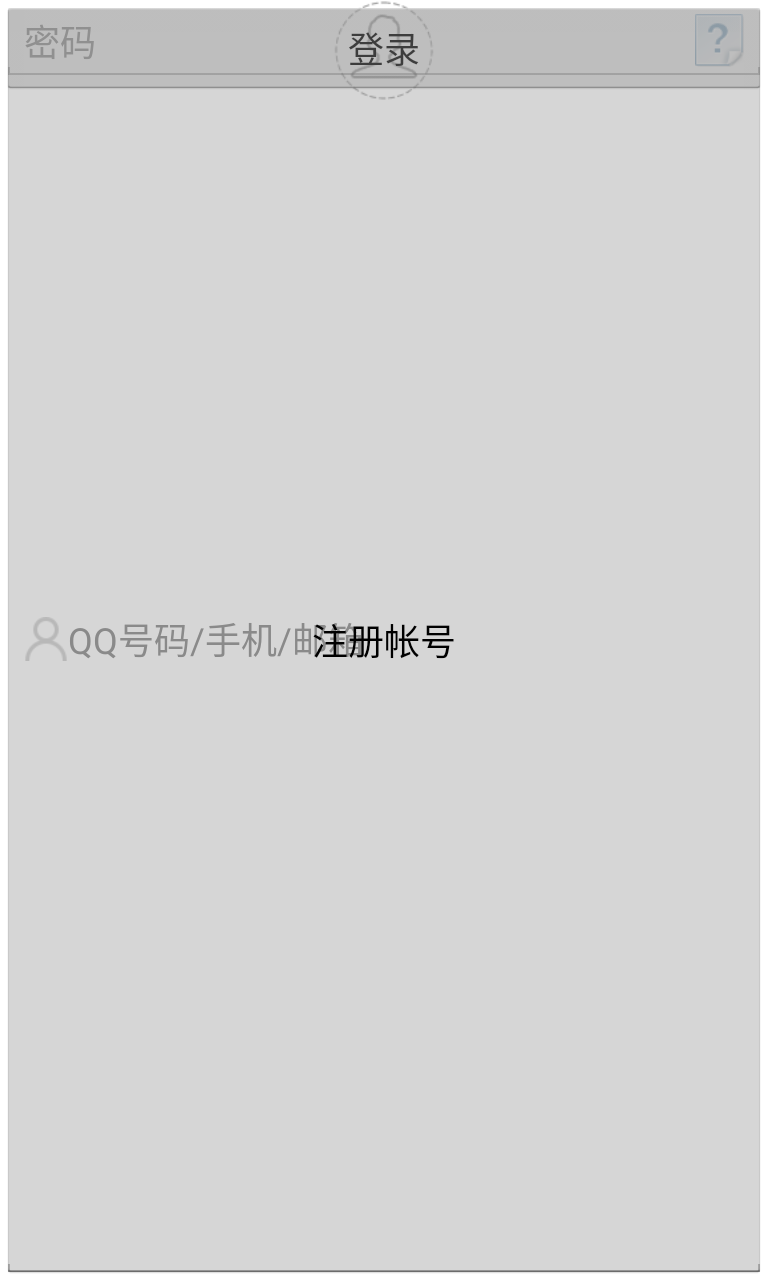
Repository: JDLINLC/android-dev
Layout: ModifyQQ/res/layout/main_activity.xml
These files come from the project's save history. The layout is drawn as it stood at one moment and after the next save; the edit follows.
It is drawn on a 768 x 1280 px phone screen (xhdpi) without system bars, with theme AppTheme; the app's code is not run.

Above is the layout before, as saved 2015-04-23 08:51:10.

### ModifyQQ/res/layout/main_activity.xml
<?xml version="1.0" encoding="utf-8"?>
<RelativeLayout xmlns:android="http://schemas.android.com/apk/res/android"
    android:layout_width="match_parent"
    android:layout_height="match_parent">



   <ImageView
        android:id="@+id/image_view"
        android:layout_width="match_parent"
        android:layout_height="wrap_content"
        android:src="@drawable/hg"
        />
    <EditText
        android:id="@+id/edit1_text"
        android:layout_height="match_parent"
        android:layout_width="match_parent"
        android:layout_gravity="center"
        android:drawableLeft="@drawable/a"
        android:hint="QQ号码/手机/邮箱"
        />

    	<EditText
        	android:id="@+id/edit2_text"
        	android:layout_height="wrap_content"
        	android:layout_width="match_parent"
        	android:layout_gravity="center"
        	android:hint="密码"
        	android:drawableRight="@drawable/ara"
        	android:inputType="textPassword"
        	/>
    <Button
        android:id="@+id/button_1"
        android:layout_height="wrap_content"
        android:layout_width="match_parent"
        android:layout_gravity="center"
        android:layout_span="2"
        android:text="登录"
        />
    <Button
        android:id="@+id/button_2"
        android:layout_width="match_parent"
        android:layout_height="match_parent"
        android:layout_alignParentBottom="true"
        android:layout_alignParentLeft="true"
        android:text="注册帐号"/>



</RelativeLayout>

Loaded but not shown: ModifyQQ/res/values/styles.xml (common file); ModifyQQ/res/values-v11/styles.xml (common file); ModifyQQ/res/values-v14/styles.xml (common file)

After the next save:
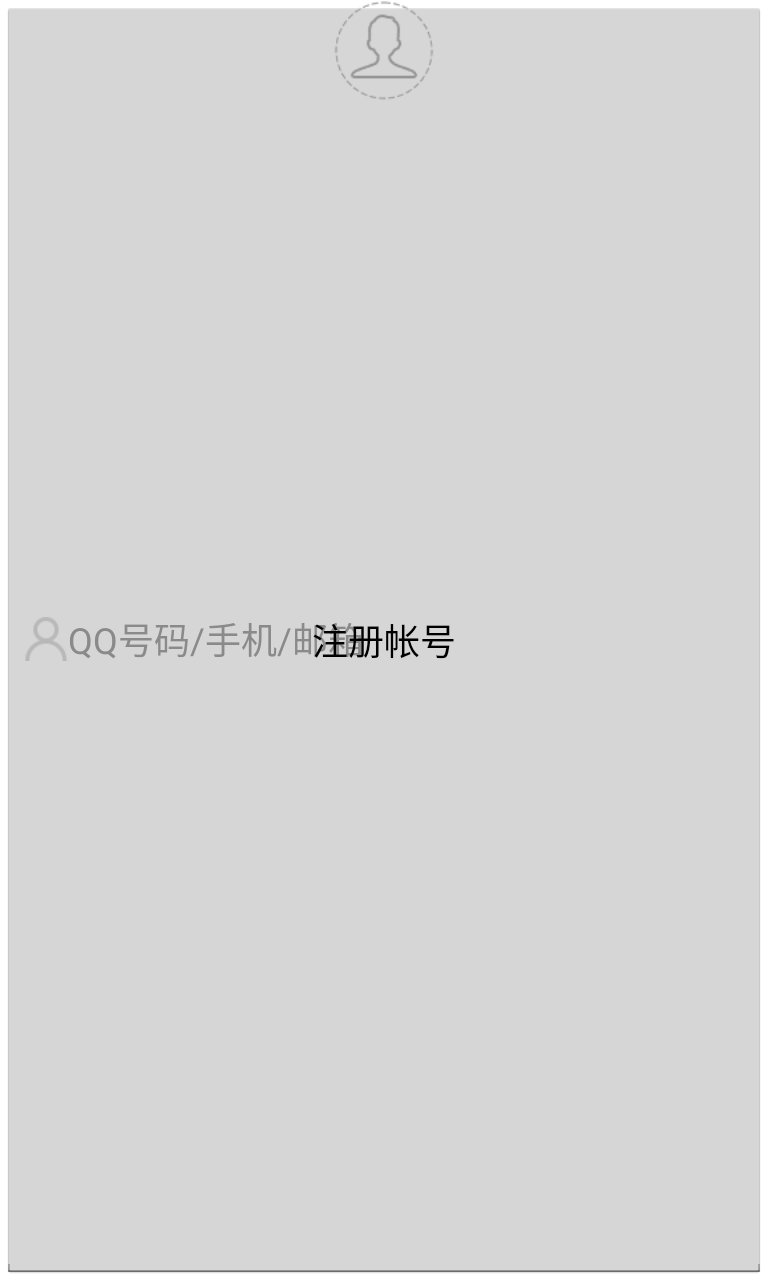
Saved 5 min 2 s later.
--- a/ModifyQQ/res/layout/main_activity.xml
+++ b/ModifyQQ/res/layout/main_activity.xml
@@ -9,13 +9,14 @@
         android:id="@+id/image_view"
         android:layout_width="match_parent"
         android:layout_height="wrap_content"
+        android:layout_alignParentTop="true"
         android:src="@drawable/hg"
         />
     <EditText
         android:id="@+id/edit1_text"
         android:layout_height="match_parent"
         android:layout_width="match_parent"
-        android:layout_gravity="center"
+        android:layout_centerInParent="true"
         android:drawableLeft="@drawable/a"
         android:hint="QQ号码/手机/邮箱"
         />
@@ -24,7 +25,7 @@
         	android:id="@+id/edit2_text"
         	android:layout_height="wrap_content"
         	android:layout_width="match_parent"
-        	android:layout_gravity="center"
+        	android:layout_below="@id/edit1_text"
         	android:hint="密码"
         	android:drawableRight="@drawable/ara"
         	android:inputType="textPassword"
@@ -33,7 +34,7 @@
         android:id="@+id/button_1"
         android:layout_height="wrap_content"
         android:layout_width="match_parent"
-        android:layout_gravity="center"
+        android:layout_below="@id/edit2_text"
         android:layout_span="2"
         android:text="登录"
         />
